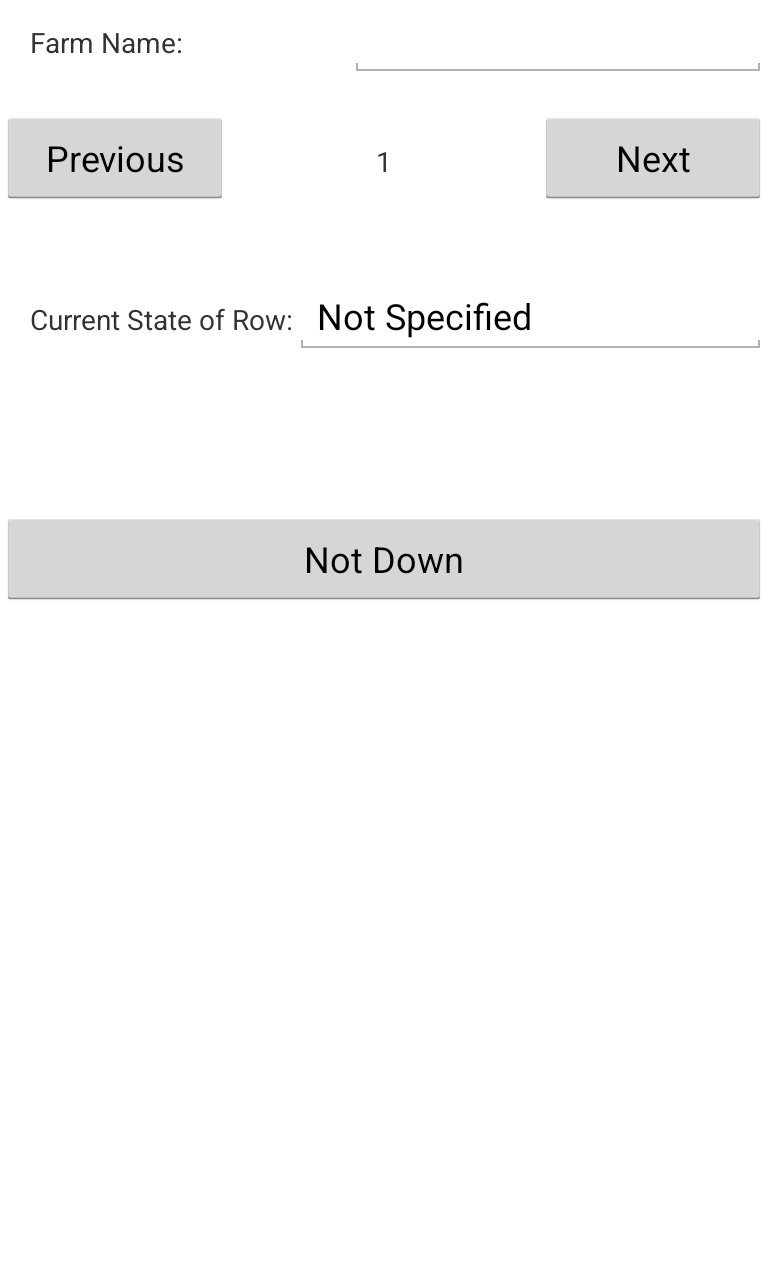
Repository: cokembel/FarmHand
Layout: FarmHand/res/layout/activity_main.xml
The author's editor kept a copy of each file at every save. The layout is drawn from the files as they stood at one save, then again after the next save.
It is drawn on a 768 x 1280 px phone screen (xhdpi) without system bars, with theme AppTheme; the app's code is not run.

Above is the layout before, as saved 2012-12-03 08:51:36.

### FarmHand/res/layout/activity_main.xml

    <ScrollView xmlns:android="http://schemas.android.com/apk/res/android"
        android:layout_width="match_parent"
        android:layout_height="match_parent"
        android:layout_alignParentLeft="true"
        android:layout_alignParentTop="true" >

        <RelativeLayout
            android:layout_width="match_parent"
            android:layout_height="wrap_content" >

            <AutoCompleteTextView
                android:id="@+id/farm_name"
                android:layout_width="wrap_content"
                android:layout_height="wrap_content"
                android:layout_alignParentRight="true"
                android:layout_alignParentTop="true"
                android:ems="10" />

            <Button
                android:id="@+id/prev_row_button"
                android:layout_width="115dp"
                android:layout_height="wrap_content"
                android:layout_gravity="left"
                android:layout_marginTop="55dp"
                android:text="Previous" />

            <TextView
                android:id="@+id/farm_label"
                android:layout_width="100dp"
                android:layout_height="wrap_content"
                android:layout_alignBaseline="@id/farm_name"
                android:layout_alignBottom="@id/farm_name"
                android:layout_alignRight="@id/prev_row_button"
                android:text="@string/farm_name" />

            <TextView
                android:id="@+id/status_label"
                android:layout_width="wrap_content"
                android:layout_height="wrap_content"
                android:layout_marginTop="150dp"
                android:layout_alignLeft="@id/farm_label"
                android:text="@string/status" />

            <EditText
                android:id="@+id/current_status"
                android:layout_width="match_parent"
                android:layout_height="wrap_content"
                android:layout_alignBaseline="@id/status_label"
                android:layout_alignParentRight="true"
                android:layout_toRightOf="@+id/status_label"
                android:text="Not Specified" />

            <Button
                android:id="@+id/down_button"
                android:layout_width="match_parent"
                android:layout_height="wrap_content"
                android:layout_marginTop="200dp"
                android:layout_toRightOf="@id/not_down_button"
                android:text="Down" />

            <Button
                android:id="@+id/not_down_button"
                android:layout_width="match_parent"
                android:layout_height="wrap_content"
                android:layout_toRightOf="@+id/status_label"

                android:layout_alignParentBottom="true"
                android:layout_alignParentLeft="true"
                android:text="Not Down" />

            <Button
                android:id="@+id/next_row_button"
                android:layout_width="115dp"
                android:layout_height="match_parent"
                android:layout_alignBottom="@+id/prev_row_button"
                android:layout_alignParentRight="true"
                android:layout_alignTop="@+id/prev_row_button"
                android:text="Next" />

            <TextView
                android:id="@+id/row_number"
                android:layout_width="100dp"
                android:layout_height="40dp"
                android:layout_alignBaseline="@+id/prev_row_button"
                android:layout_alignBottom="@+id/prev_row_button"
                android:layout_centerHorizontal="true"
                android:gravity="center"
                android:text="1" />

        </RelativeLayout>

    </ScrollView>

### FarmHand/res/values/strings.xml
<resources>

    <string name="app_name">FarmHand</string>
    <string name="menu_settings">Settings</string>
    <string name="title_activity_main">MainActivity</string>
    <string name="farm_name">Farm Name:</string>
	<string name="status">Current State of Row:</string>

</resources>

Loaded but not shown: FarmHand/res/values-v11/styles.xml (common file); FarmHand/res/values-v14/styles.xml (common file); FarmHand/res/values/styles.xml (common file)

After the next save:
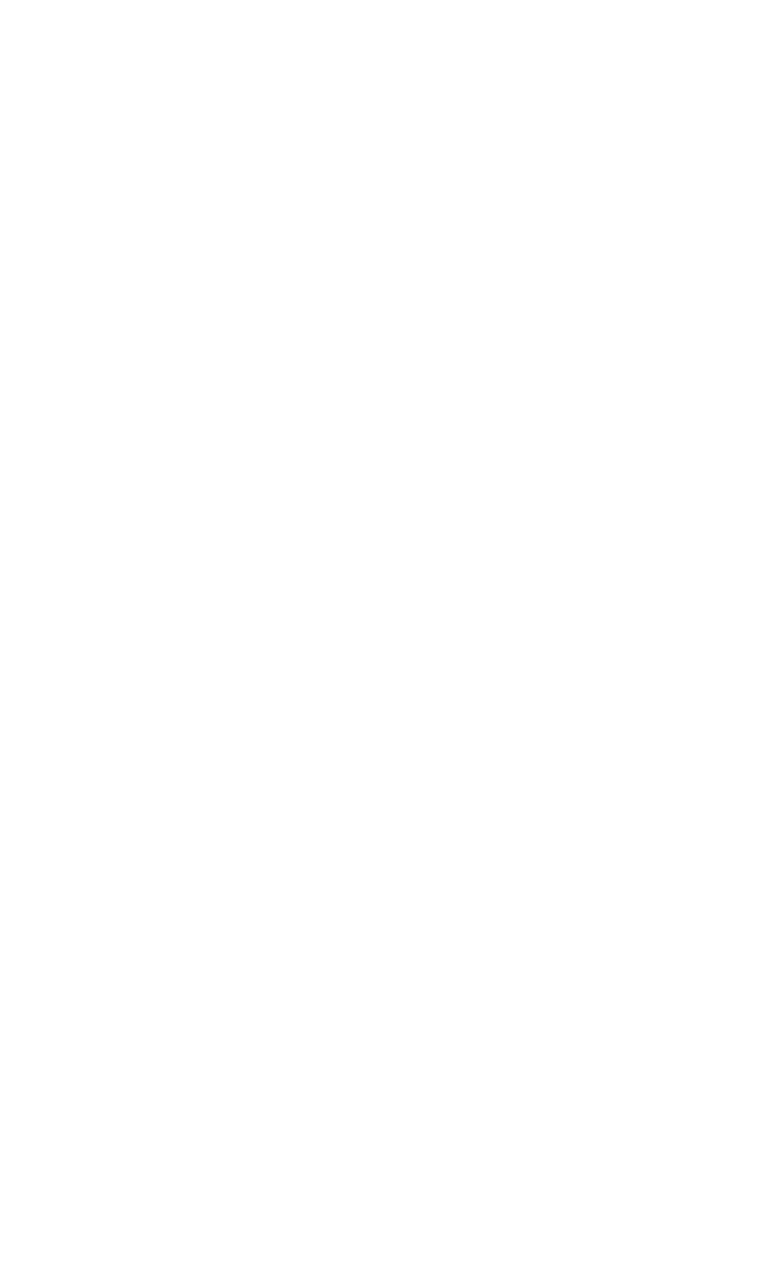
Saved 34 s later.
--- a/FarmHand/res/layout/activity_main.xml
+++ b/FarmHand/res/layout/activity_main.xml
@@ -48,7 +48,7 @@
                 android:layout_height="wrap_content"
                 android:layout_alignBaseline="@id/status_label"
                 android:layout_alignParentRight="true"
-                android:layout_toRightOf="@+id/status_label"
+                android:layout_toRightOf="@id/status_label"
                 android:text="Not Specified" />
 
             <Button
@@ -63,7 +63,7 @@
                 android:id="@+id/not_down_button"
                 android:layout_width="match_parent"
                 android:layout_height="wrap_content"
-                android:layout_toRightOf="@+id/status_label"
+                android:layout_toLeftOf="@id/down_button"
 
                 android:layout_alignParentBottom="true"
                 android:layout_alignParentLeft="true"

After the save that followed:
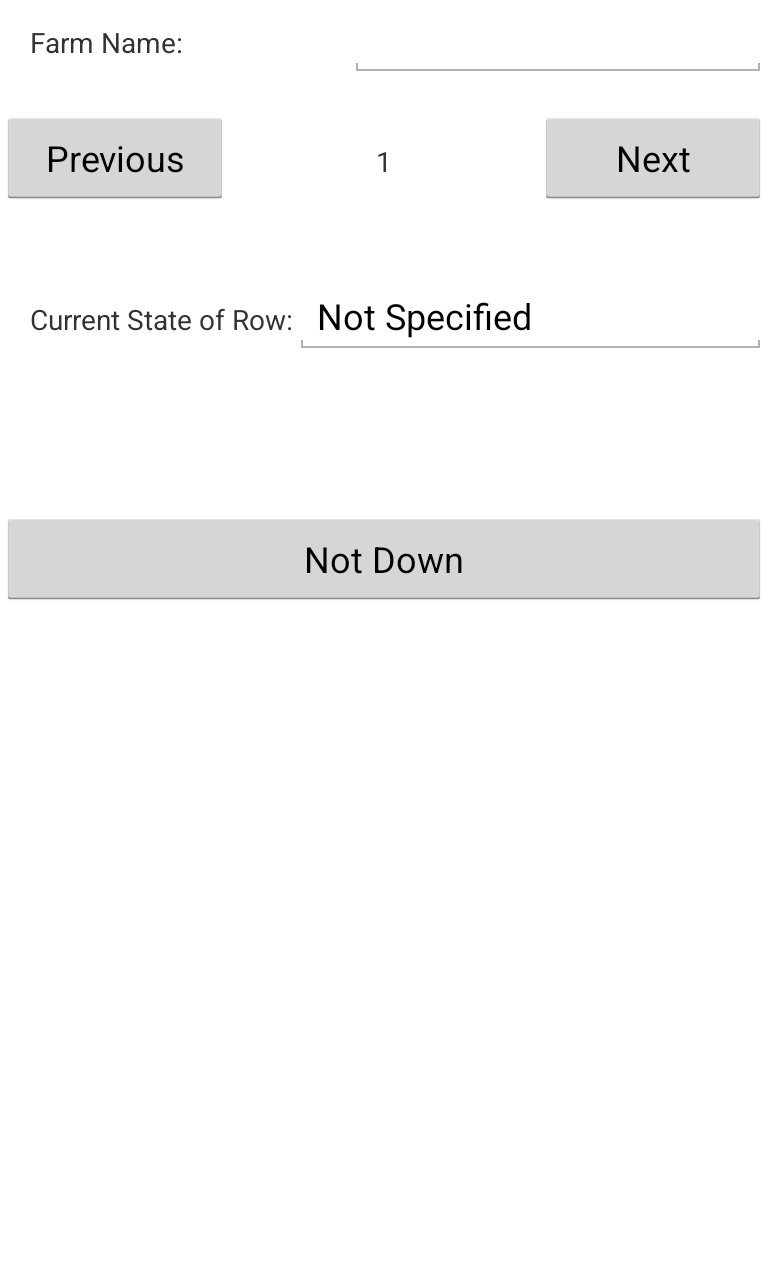
Saved 12 s later.
--- a/FarmHand/res/layout/activity_main.xml
+++ b/FarmHand/res/layout/activity_main.xml
@@ -63,7 +63,7 @@
                 android:id="@+id/not_down_button"
                 android:layout_width="match_parent"
                 android:layout_height="wrap_content"
-                android:layout_toLeftOf="@id/down_button"
+
 
                 android:layout_alignParentBottom="true"
                 android:layout_alignParentLeft="true"
